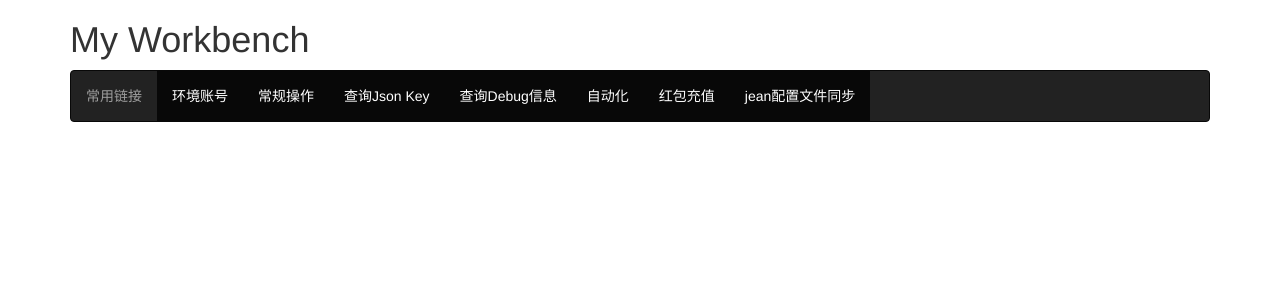
Repository: wangyanqing666/study
Page: Bootstrap学习/index.html
An editor plug-in stored every save of this project. The page is shown before and after the next save, followed by the edit.
The browser window is 1280 px wide. The pictures show the whole page.
Some web libraries are served in a nearby version.

Above is the page before, as saved 2020-12-03 15:31:46.

After the next save:
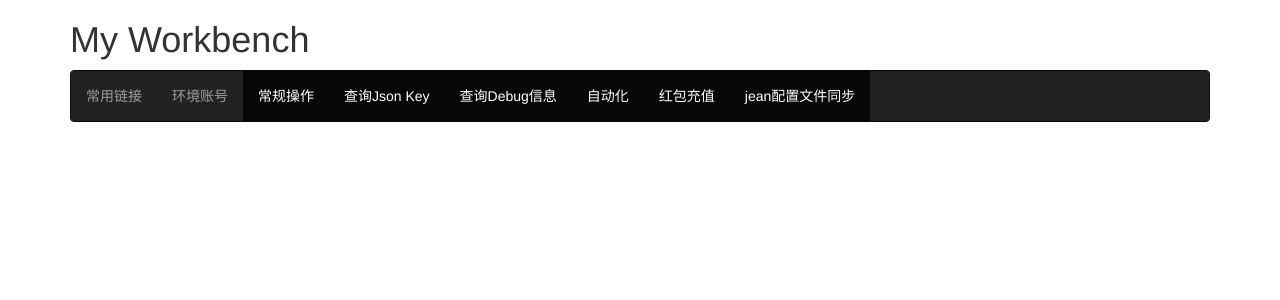
Saved 103 s later.
--- a/Bootstrap学习/index.html
+++ b/Bootstrap学习/index.html
@@ -15,7 +15,7 @@
             <!-- <div class='nav-collapse'> -->
                 <ul class="nav navbar-nav">
                     <li > <a href="../links" id="links" name="links.html" target="fcontent">常用链接</a></li>
-                    <li class="active"> <a href="../getpapertext/envAccount" id="account" name="envAccount"
+                    <li > <a href="../getpapertext/envAccount" id="account" name="envAccount"
                             target="fcontent">环境账号</a></li>
                     <li class="active"><a href="../syncUser" id="sync" name="sync" target="fcontent">常规操作</a></li>
                     <li class="active"><a href="../formit" id="sync" name="sync" target="fcontent">查询Json Key</a></li>
